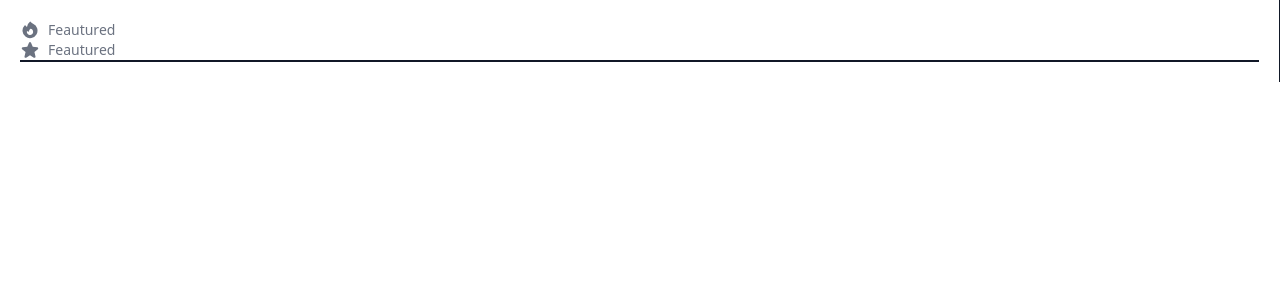
Repository: thekingisherenow/Betterbook
Page: /
These files come from the project's save history. The page is drawn as it stood at one moment and after the next save; the edit follows.
The browser window is 1280 px wide. The pictures show the whole page.
The project was rebuilt for these pictures with package versions that can differ from the ones it lists, and the page was loaded fresh each time. The framework's server and built-in components were replaced by stand-ins that run in the browser. Also part of the build but not shown: next.config.js.

Above is the page before, as saved 2023-01-16 15:57:46.

### src/pages/_app.tsx
import type { AppProps } from 'next/app'
import { Provider } from 'react-redux'
import store from '../core/store'
import '../core/styles/root.css'

const App = (props: AppProps) => {
  const { Component, pageProps } = props
  return (
    <Provider store={store}>
      <Component {...pageProps} />
    </Provider>
  )
}

export default App

### src/pages/index.tsx
import type { NextPage } from 'next'
import { useEffect, useState } from 'react'
import API from '../core/services'
import { Game } from '../types/game'
import Sidebar from '../components/Typography/Sidebar'

const IndexPage: NextPage = () => {
  const [games, setGames] = useState<Game[]>([])

  useEffect(() => {
    API.games.fetchGames().then(setGames)
  }, [])

  return <div>
        <main >
            {/* Sidebar */}
            <Sidebar/>
            {/* Center  */}

        </main>
  </div>
}

export default IndexPage

### src/core/store/index.ts
import { configureStore } from '@reduxjs/toolkit'
import { counterReducer } from './slices/counterSlice'

const store = configureStore({
  reducer: {
    counter: counterReducer,
  },
})

export default store

### src/core/services/index.ts
import * as gamesServices from './games'

const API = {
  games: gamesServices,
}

export default API

### src/components/Typography/Sidebar.tsx
import React from 'react'
import { FireIcon ,StarIcon} from '@heroicons/react/24/solid'

function Sidebar() {
    return (
        <div className='text-gray-500 p-5 text-sm border-r border-gray-900'>
            <div>
                <button className='flex items-center space-x-2 hover:text-white'>
                    <FireIcon className='w-5 h-5'/>
                    <p>Feautured</p>
                </button>
                <button className='flex items-center space-x-2 hover:text-white'>
                    <StarIcon className='w-5 h-5'/>
                    <p>Feautured</p>
                </button>
                <hr className='border-t-2 border-gray-900'/>
            </div>
        </div>
    )
}

export default Sidebar

### src/core/store/slices/counterSlice.ts
import { createSlice } from '@reduxjs/toolkit'

export const counterSlice = createSlice({
  name: 'counter',
  initialState: {
    count: 0,
  },
  reducers: {
    setCount(state, { payload }) {
      state.count = payload
    },
  },
})

export const counterReducer = counterSlice.reducer

### src/core/services/games.ts
import { Game } from '../../types/game'

export const fetchGames = (): Promise<Game[]> => {
  return Promise.resolve([
    {
      id: '1',
      name: 'Spain vs Argentina',
    },
  ])
}

### tailwind.config.js
/** @type {import('tailwindcss').Config} */
module.exports = {
  content: [
    './src/pages/**/*.{js,ts,jsx,tsx}',
    './src/components/**/*.{js,ts,jsx,tsx}',
    './src/modules/**/*.{js,ts,jsx,tsx}',
  ],
  theme: {
    extend: {},
  },
  plugins: [],
}

Loaded but not shown: src/core/styles/root.css (common file)

After the next save:
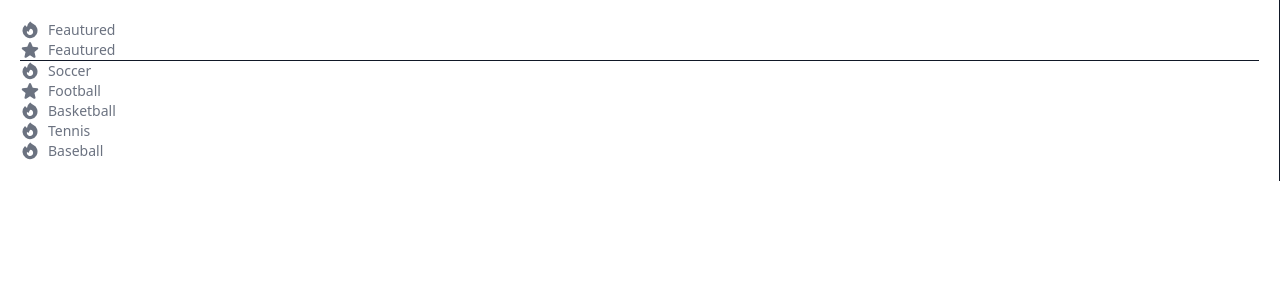
Saved 4 min 3 s later.
--- a/src/components/Typography/Sidebar.tsx
+++ b/src/components/Typography/Sidebar.tsx
@@ -13,7 +13,27 @@ function Sidebar() {
                     <StarIcon className='w-5 h-5'/>
                     <p>Feautured</p>
                 </button>
-                <hr className='border-t-2 border-gray-900'/>
+                <hr className='border-t-[0.1px] border-gray-900'/>
+                <button className='flex items-center space-x-2 hover:text-white'>
+                    <FireIcon className='w-5 h-5'/>
+                    <p>Soccer</p>
+                </button>
+                <button className='flex items-center space-x-2 hover:text-white'>
+                    <StarIcon className='w-5 h-5'/>
+                    <p>Football</p>
+                </button>
+                <button className='flex items-center space-x-2 hover:text-white'>
+                    <FireIcon className='w-5 h-5'/>
+                    <p>Basketball</p>
+                </button>
+                <button className='flex items-center space-x-2 hover:text-white'>
+                    <FireIcon className='w-5 h-5'/>
+                    <p>Tennis</p>
+                </button>
+                <button className='flex items-center space-x-2 hover:text-white'>
+                    <FireIcon className='w-5 h-5'/>
+                    <p>Baseball</p>
+                </button>
             </div>
         </div>
     )
